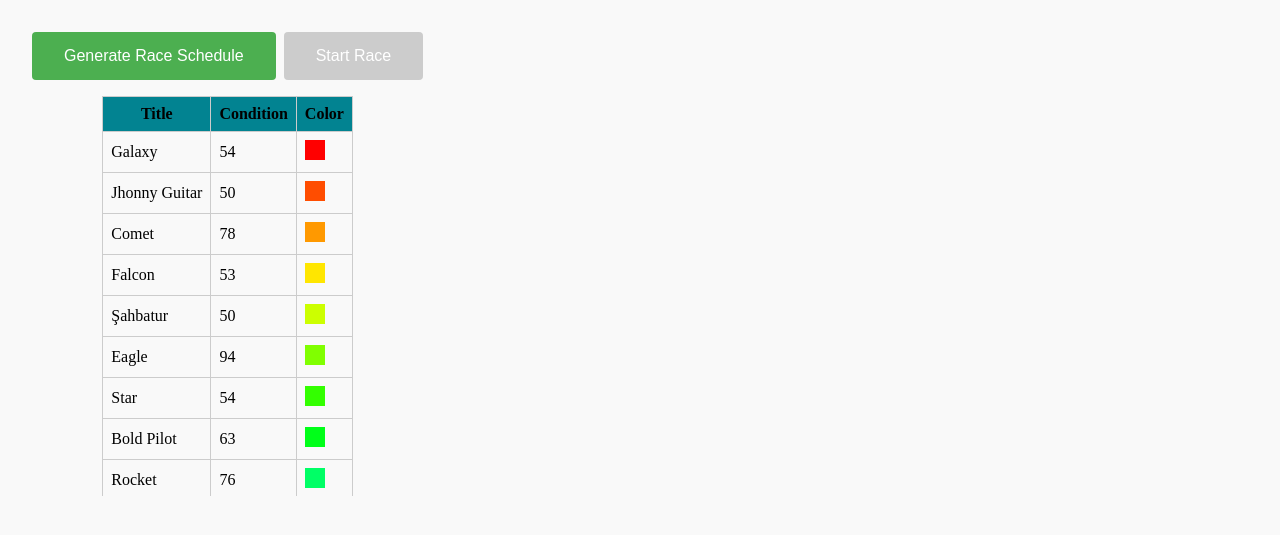
Repository: akinankarali/horse-racing-game
Page: /
The author's editor kept a copy of each file at every save. The page is drawn from the files as they stood at one save, then again after the next save.
The browser window is 1280 px wide. The pictures show the whole page.
The project was rebuilt for these pictures with package versions that can differ from the ones it lists, and the page was loaded fresh each time. The framework's server and built-in components were replaced by stand-ins that run in the browser. Also part of the build but not shown: nuxt.config.ts, components/Results.vue. Imported but missing from the stored project, and not drawn on this page: store/setting.

Above is the page before, as saved 2024-06-09 21:39:51.

### store/index.ts
import { MutationTree, ActionTree, GetterTree } from 'vuex';
import { Horse, RaceState } from './types';

const horseTitles = [
  'Şahbatur', 'Bold Pilot', 'Yavuzhan', 'Thunderbolt', 'Jhonny Guitar',
  'Murphy', 'Majesty', 'Comet', 'Star', 'Galaxy',
  'Nova', 'Meteor', 'Phoenix', 'Pegasus', 'Ranger',
  'Rocket', 'Sparrow', 'Eagle', 'Falcon', 'Mustang'
];

export const state = (): RaceState => ({
  horses: [],
  selectedHorses: [[], [], [], [], [], []],
  raceSchedule: [1200, 1400, 1600, 1800, 2000, 2200],
  raceResults: [],
  currentRound: 0,
});

export const getters: GetterTree<RaceState, RaceState> = {
  allHorses: state => state.horses,
  raceResults: state => state.raceResults,
  selectedHorses: state => state.selectedHorses,
  currentRound: state => state.currentRound,
  raceSchedule: state => state.raceSchedule,
};

export const mutations: MutationTree<RaceState> = {
  SET_HORSES(state: RaceState, horses: Horse[]) {
    state.horses = horses;
  },
  SET_SELECTED_HORSES(state: RaceState, horses: Horse[][]) {
    state.selectedHorses = horses;
  },
  ADD_RACE_RESULT(state: RaceState, result: string) {
    state.raceResults.push(result);
  },
  RESET_RACE_RESULTS(state: RaceState) {
    state.raceResults = [];
  },
  UPDATE_HORSE_CONDITION(state: RaceState, updatedHorse: Horse) {
    const horse = state.horses.find(h => h.id === updatedHorse.id);
    if (horse) {
      horse.condition = updatedHorse.condition;
    }
  },
  UpdateCurrentRound(state: RaceState, round: number) {
    state.currentRound = round;
  },

};

export const actions: ActionTree<RaceState, RaceState> = {
  generateHorses({ commit }) {
    const shuffledTitles = horseTitles.sort(() => Math.random() - 0.5);

    const horses: Horse[] = Array.from({ length: 20 }, (_, i) => {
      const hue = (i * 18) % 360;
      const condition = Math.floor(Math.random() * 100) + 1;

      return {
        id: i + 1,
        title: shuffledTitles[i],
        color: `hsl(${hue}, 100%, 50%)`,
        condition: condition < 50 ? 50 : condition,
        position: 0
      };
    });

    commit('SET_HORSES', horses);
  },
  generateRaceSchedule({ commit, state }) {

    const shuffleArray = (array: any[]) => {
      for (let i = array.length - 1; i > 0; i--) {
        const j = Math.floor(Math.random() * (i + 1));
        [array[i], array[j]] = [array[j], array[i]];
      }
      return array;
    };

    const raceRounds: Horse[][] = [];

    for (let roundIndex = 0; roundIndex < 6; roundIndex++) {
      const roundHorses = [];
      const availableHorses = [...state.horses];
      for (let i = 0; i < 10; i++) {
        const randomIndex = Math.floor(Math.random() * availableHorses.length);
        const selectedHorse = availableHorses[randomIndex];

        roundHorses.push(selectedHorse);
        availableHorses.splice(randomIndex, 1);
      }

      raceRounds.push(shuffleArray(roundHorses));
    }

    commit('SET_SELECTED_HORSES', raceRounds);
  },

  async startRace({ commit, state }) {
    commit('RESET_RACE_RESULTS');

    for (let roundIndex = 0; roundIndex < 6; roundIndex++) {
      const distance = state.raceSchedule[roundIndex];
      const roundHorses = state.selectedHorses[roundIndex].map(horse => ({ ...horse }));

      for (let second = 0; second < (6 + roundIndex); second++) {
        await new Promise(resolve => setTimeout(resolve, 1000));

        roundHorses.forEach(horse => {
          horse.condition -= Math.floor(Math.random() * 5) + 1;
          if (horse.condition < 0) {
            horse.condition = 0;
          }
          commit('UPDATE_HORSE_CONDITION', horse);
        });

        const runResult = {
          distance,
          horses: roundHorses.map(horse => ({
            id: horse.id,
            title: horse.title,
            condition: horse.condition,
          })),
        };

        commit('UpdateCurrentRound', roundIndex );
        commit('ADD_RACE_RESULT', runResult);
      }

      const winner = roundHorses.reduce((prev, current) => (prev.condition > current.condition) ? prev : current);
      const winnerResult = `${roundIndex + 1 }: ${winner.title} (${winner.condition})`;

      commit('ADD_RACE_RESULT', {
        distance,
        horses: roundHorses,
        winnerResult,
      });
    }
  },
};

### store/types.ts
export interface Horse {
    id: number;
    title: string;
    color: string;
    condition: number;
    position?: number ;
  }

  export interface RaceState {
    horses: Horse[];
    selectedHorses: Horse[][];
    raceSchedule: number[];
    raceResults: string[];
    currentRound: number;
  }

### pages/index.vue
<template>
  <div class="horse-racing-day">
    <div class="racing-wrapper">
      <div class="information-section">
        <Race />
      </div>

      <div class="race-board-section">
        <h4 v-if="selectedHorses[currentRound].length">
          Round {{ currentRound + 1 }} - {{ raceSchedule[currentRound] }}m
        </h4>
        <RaceBoard />
      </div>
    </div>

    <div class="result-section">
      <Results v-if="selectedHorses[currentRound].length" />
    </div>
  </div>
</template>

<script lang="ts">
import Race from '../components/Race.vue';
import Results from '../components/Results.vue';
import RaceBoard from '../components/RaceBoard.vue';

import { mapGetters } from 'vuex';

export default {
  name: 'Home',
  components: {
    Race,
    Results,
    RaceBoard,
  },

  computed: {
    ...mapGetters({
      currentRound: 'currentRound',
      selectedHorses: 'selectedHorses',
      raceSchedule: 'raceSchedule',
    }),
  },
};
</script>

<style scoped lang="scss">
.horse-racing-day {
  display: flex;
  flex-direction: column;

  .racing-wrapper {
    display: flex;
    margin-bottom: 20px;
    gap: 20px;

    .race-board-section {
      flex: 1;
    }

    .information-section {
      padding: 24px;
      display: flex;
      align-items: center;
    }
  }
}
</style>

<style lang="scss">
html {
  background-color: #f9f9f9;
}
</style>

### components/Race.vue
<template>
  <div class="race">
    <div class="race-buttons">
      <Button
        title="Generate Race Schedule"
        @action="generateRaceScheduleMethod"
      />
      <Button title="Start Race" @action="startRace" :disabled="isDisabled" />
    </div>
    <div class="horse-list">
      <HorseTable />
    </div>
  </div>
</template>

<script lang="ts">
import { mapActions, mapGetters } from 'vuex';
import HorseTable from './HorseTable.vue';
import Button from '../components/Button.vue';

export default {
  components: {
    HorseTable,
    Button,
  },
  data() {
    return {
      isDisabled: true,
    };
  },
  computed: {
    ...mapGetters({
      allHorses: 'allHorses',
      raceResults: 'raceResults',
      selectedHorses: 'selectedHorses',
    }),
  },
  methods: {
    ...mapActions({
      generateHorses: 'generateHorses',
      generateRaceSchedule: 'generateRaceSchedule',
      startRace: 'startRace',
    }),

    generateRaceScheduleMethod() {
      this.isDisabled = false;
      this.generateRaceSchedule();
    },
  },
  mounted() {
    this.generateHorses();
  },
};
</script>

<style scoped lang="scss">
.race {
  display: flex;
  flex-direction: column;
  align-items: center;
}
.horse-list {
  max-width: 300px;
  max-height: 400px;
  height: 100%;
  overflow: scroll;
}
.race-buttons {
  display: flex;
  gap: 8px;
  margin-bottom: 16px;
}
</style>

### components/RaceBoard.vue
<template>
  <div class="race-board" v-if="selectedHorses[currentRound].length">
    <div
      v-for="horse in selectedHorses[currentRound]"
      :key="horse.id"
      class="horse"
      :style="{ transform: `translateX(${horse.position * 10}px)` }"
    >
      {{ horse.title }}
      <img
        class="horse-img"
        src="../assets/horse.svg"
        alt=""
        :style="{ filter: horse.filter }"
      />
    </div>
  </div>
</template>

<script lang="ts">
import { mapGetters } from 'vuex';

export default {
  name: 'RaceBoard',
  computed: {
    ...mapGetters({
      selectedHorses: 'selectedHorses',
      currentRound: 'currentRound',
    }),
  },
};
</script>

<style scoped>
.race-board {
  width: 100%;
  height: 100%;
  max-height: 89%;
  border: 1px solid #ccc;
  overflow: hidden;
  background-color: #e88d67;
  border-radius: 4px;
}

.horse-img {
  -webkit-transform: scaleX(-1);
  transform: scaleX(-1);
  width: 24px;
  height: 24px;
}

.horse {
  display: flex;
  flex-direction: column;
  border-bottom: 1px solid #ccc;
  padding: 4px;
  position: relative;
}
</style>

### components/HorseTable.vue
<template>
  <table>
    <thead>
      <tr>
        <th>Title</th>
        <th>Condition</th>
        <th>Color</th>
      </tr>
    </thead>
    <tbody>
      <tr v-for="horse in allHorses" :key="horse.id">
        <td>{{ horse.title }}</td>
        <td>{{ horse.condition }}</td>
        <td>
          <div
            :style="{
              backgroundColor: horse.color,
              width: '20px',
              height: '20px',
            }"
          ></div>
        </td>
      </tr>
    </tbody>
  </table>
</template>

<script lang="ts">
import { mapGetters } from 'vuex';

export default {
  name: 'HorseTable',
  computed: {
    ...mapGetters({
      allHorses: 'allHorses',
    }),
  },
};
</script>

<style scoped>
table {
  width: 100%;
  border-collapse: collapse;
}

th,
td {
  padding: 8px;
  border: 1px solid #ccc;
}

th {
  background-color: #028391;
}

div {
  display: inline-block;
}
</style>

### components/Button.vue
<template>
  <div>
    <button :disabled="disabled" @click="handleAction">{{ title }}</button>
  </div>
</template>

<script lang="ts">
export default {
  props: {
    title: {
      type: String,
      required: true,
    },
    disabled: {
      type: Boolean,
      default: false,
    },
  },
  methods: {
    handleAction() {
      this.$emit('action');
    },
  },
};
</script>

<style scoped lang="scss">
button {
  background-color: #4caf50;
  border: none;
  color: white;
  padding: 15px 32px;
  text-align: center;
  text-decoration: none;
  display: inline-block;
  font-size: 16px;
  cursor: pointer;
  border-radius: 4px;

  &:hover {
    background-color: #45a049;
  }

  &:disabled {
    background-color: #cccccc;
    cursor: not-allowed;
  }
}
</style>

After the next save:
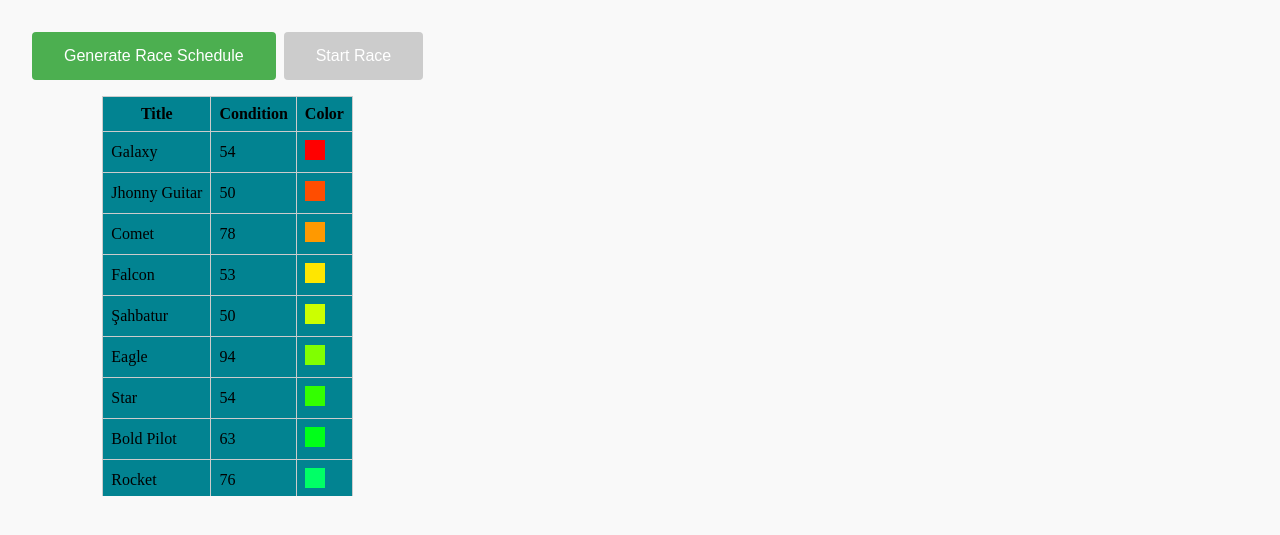
Saved 34 s later.
--- a/components/HorseTable.vue
+++ b/components/HorseTable.vue
@@ -42,6 +42,7 @@ export default {
 table {
   width: 100%;
   border-collapse: collapse;
+  background-color: #028391;
 }
 
 th,
